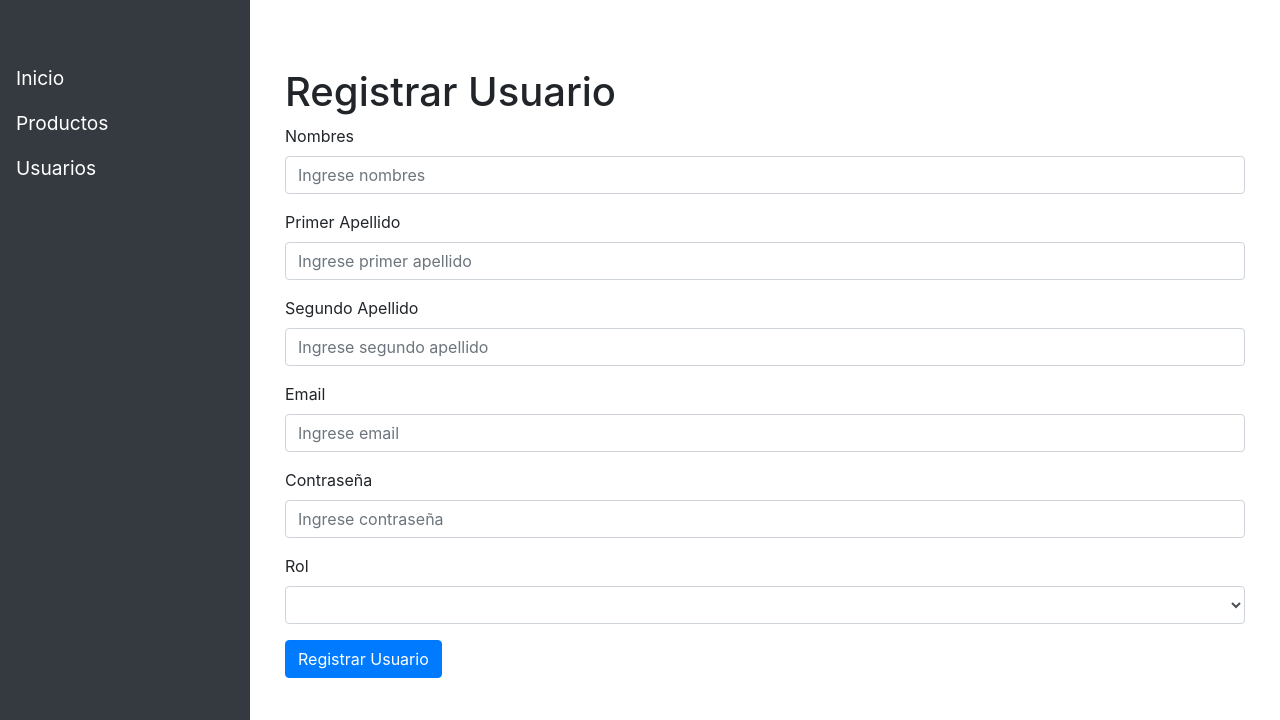
Repository: jfchirinos/ProyectoFinalLPII
Page: http://localhost/usuarioRegister
The author's editor kept a copy of each file at every save. The page is drawn from the files as they stood at one save, then again after the next save.
The browser window is 1280 px wide. The pictures show the whole page.
Some web libraries are served in a nearby version. The page is this project's Thymeleaf template; nobody is signed in. The template is opened directly, without the code that normally fills it, so the values that code supplies are empty.

Above is the page before, as saved 2024-03-09 03:47:40.

After the next save:
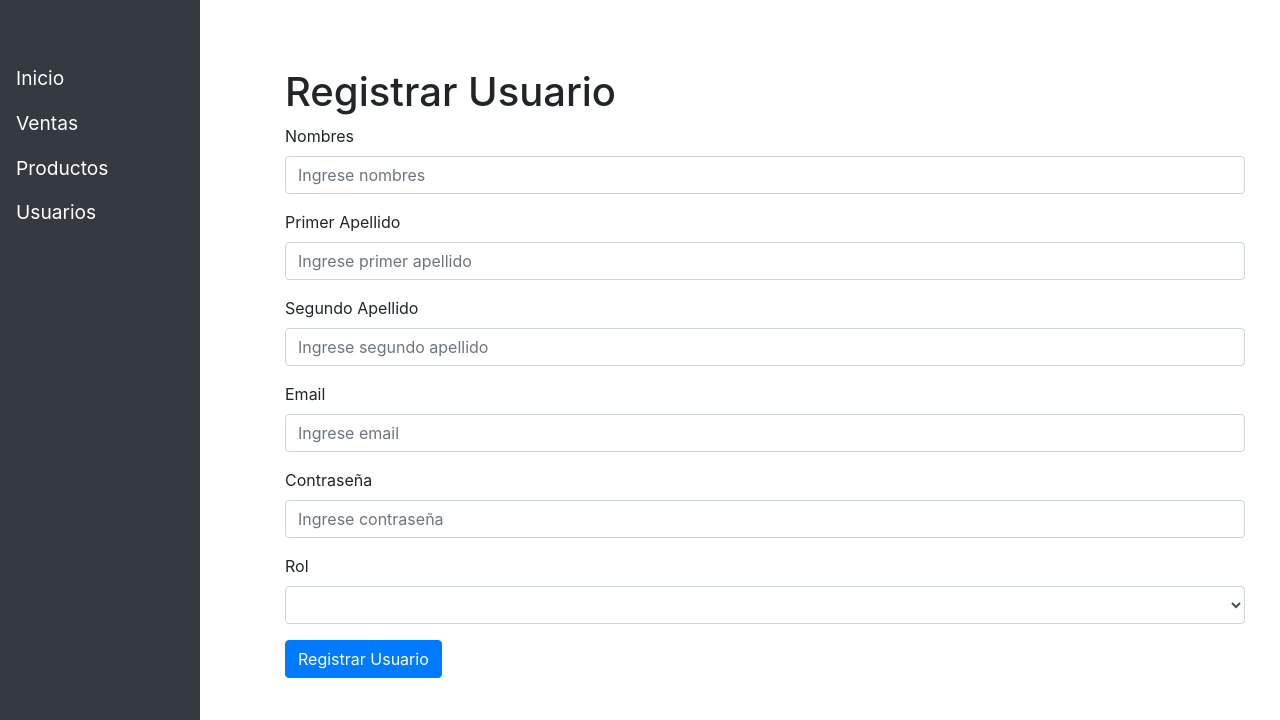
Saved 12 s later.
--- a/proyecto-final/src/main/resources/templates/usuarioRegister.html
+++ b/proyecto-final/src/main/resources/templates/usuarioRegister.html
@@ -12,7 +12,7 @@
             top: 0;
             left: 0;
             height: 100%;
-            width: 250px;
+            width: 200px;
             background-color: #343a40;
             padding-top: 56px; /* Ajuste para compensar la altura del navbar */
             z-index: 1;
@@ -37,6 +37,9 @@
     <ul class="navbar-nav">
         <li class="nav-item active">
             <a class="nav-link" href="#">Inicio <span class="sr-only">(current)</span></a>
+        </li>
+        <li class="nav-item">
+            <a class="nav-link" href="/ventas/list">Ventas</a>
         </li>
         <li class="nav-item">
             <a class="nav-link" href="/producto/productos">Productos</a>
